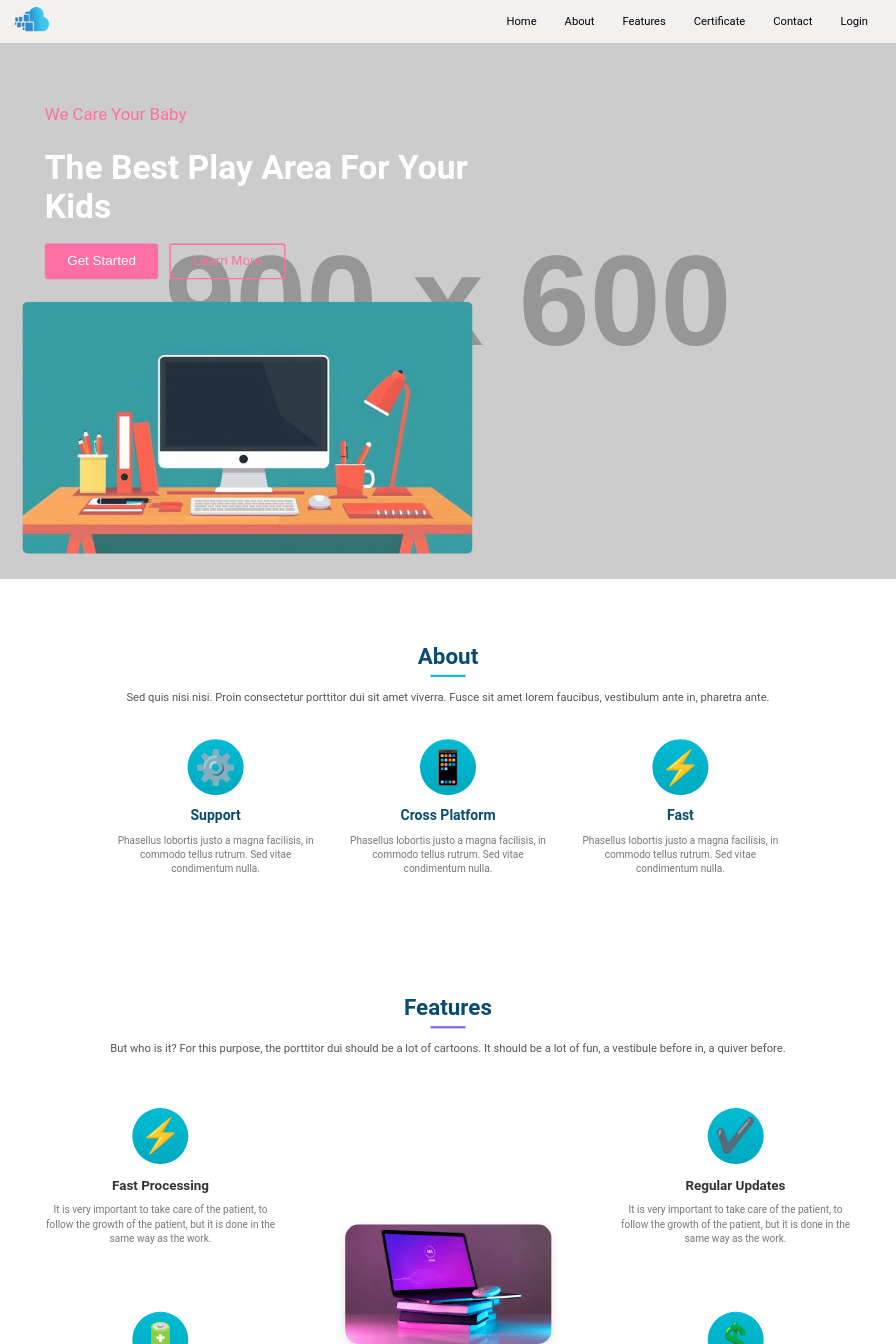
Repository: gautamsonam011/Institute
Page: /
An editor plug-in stored every save of this project. The page is shown before and after the next save, followed by the edit.
The browser window is 1280 px wide. The pictures show the part of the page from y = 0 to 1920 px (the page is 3701 px tall before and 3517 px after), at 70% of full size.
The project was rebuilt for these pictures with package versions that can differ from the ones it lists, and the page was loaded fresh each time. Also part of the build but not shown: vite.config.js, src/Header.jsx, src/Sidebar.jsx, src/Home.jsx, src/students/Addstudent.jsx, src/students/allstudent.css, src/students/Allstudents.jsx, src/Fee management/feehead.css and 9 more.

Above is the page before, as saved 2024-11-28 10:40:29.

### src/components/Last.jsx
import React from 'react'
import Navbar from './Navbar';
import Main from './Main';
import About from './About';
import Features from './Features';
import Team from './Team';
import Contact from './Contact'
import Footer from './Footer';

const Last = () => {
  return (
    <div>
      <Navbar/>
      <Main/>
      <About/>
      <Features/>
      <Team/>
      <Contact/>
      <Footer/>
    </div>
  )
}

export default Last

### src/students/addstudent.css
.form-container {
    width: 96%;
    margin: auto;
    padding: 20px;
    border: 1px solid #ccc;
    border-radius: 10px;
    background-color: #e0f7fa;
    box-shadow: 0 4px 10px rgba(0, 0, 0, 0.1);
  }

  h2 {
    color: #047d8d;
    text-align: center;
    margin-bottom: 20px;
    font-size: 1.5rem;
  }

  .form-group {
    margin-bottom: 20px;
  }

  label {
    display: block;
    font-weight: bold;
    color: #047d8d;
    margin-bottom: 5px;
  }

  input, select, textarea {
    width: 98%;
    padding: 12px;
    margin-top: 5px;
    border: 1px solid #b0bec5;
    border-radius: 4px;
    font-size: 1rem;
    transition: border-color 0.3s;
  }

  input:focus, select:focus, textarea:focus {
    border-color: #047d8d;
    outline: none;
  }

  button {
    padding: 10px 20px;
    background-color: #047d8d;
    color: white;
    border: none;
    cursor: pointer;
    font-size: 16px;
  }

  button:active {
    background-color: #64bdc9;;
  }

### src/components/Main.jsx
import React from "react";
import "./main.css";
import maingbg2 from '../assets/mainbg2.jpg'

const HeroSection = () => {
  return (
    <div className="hero-section">
      <div className="hero-content">
        <p className="subtitle">We Care Your Baby</p>
        <h1 className="title">The Best Play Area For Your Kids</h1>
        <div className="hero-buttons">
          <button className="btn btn-pink">Get Started</button>
          <button className="btn btn-outline">Learn More</button>
        </div>
      </div>
      <div className="hero-image">
        <img
          src={maingbg2} /* Replace with your actual image URL */
          alt="Kids playing"
        />
      </div>
    </div>
  );
};

export default HeroSection;

### src/components/About.jsx
import React from "react";
import "./about.css";

const About = () => {
  return (
    <section className="about-section" id="about">
      <div className="about-container">
        <h2 className="about-title">About</h2>
        <hr className="about-divider" />
        <p className="about-description">
          Sed quis nisi nisi. Proin consectetur porttitor dui sit amet viverra.
          Fusce sit amet lorem faucibus, vestibulum ante in, pharetra ante.
        </p>
        <div className="about-features">
          <div className="feature">
            <div className="feature-icon support-icon"></div>
            <h3>Support</h3>
            <p>
              Phasellus lobortis justo a magna facilisis, in commodo tellus
              rutrum. Sed vitae condimentum nulla.
            </p>
          </div>
          <div className="feature">
            <div className="feature-icon cross-platform-icon"></div>
            <h3>Cross Platform</h3>
            <p>
              Phasellus lobortis justo a magna facilisis, in commodo tellus
              rutrum. Sed vitae condimentum nulla.
            </p>
          </div>
          <div className="feature">
            <div className="feature-icon fast-icon"></div>
            <h3>Fast</h3>
            <p>
              Phasellus lobortis justo a magna facilisis, in commodo tellus
              rutrum. Sed vitae condimentum nulla.
            </p>
          </div>
        </div>
      </div>
    </section>
  );
};

export default About;

### src/components/Team.jsx
import React from "react";
import "./team.css";
import user1 from '../assets/user1.jpg';
import user2 from '../assets/user2.jpg';
import user3 from '../assets/user3.jpg'

const OurTeam = () => {
  const teamMembers = [
    {
      name: "Jane Doe",
      image: user1, // Replace with the correct image path
      title: "Web Developer",
    },
    {
      name: "John Smith",
      image: user2, // Replace with the correct image path
      title: "UI/UX Designer",
    },
    {
      name: "Mike Johnson",
      image: user3, // Replace with the correct image path
      title: "Project Manager",
    },
  ];

  return (
    <section className="our-team">
      <div className="container">
        <h2 className="team-heading">Our Team</h2>
        <p className="team-description">
          Sed quis nisi nisi. Proin consectetur porttitor dui sit amet viverra. Fusce sit amet lorem faucibus, vestibulum ante in, pharetra ante.
        </p>
        <div className="team-members">
          {teamMembers.map((member, index) => (
            <div key={index} className="team-member">
              <img
                src={member.image}
                alt={member.name}
                className="team-member-img"
              />
              <h3 className="member-name">{member.name}</h3>
              <p className="member-title">{member.title}</p>
            </div>
          ))}
        </div>
      </div>
    </section>
  );
};

export default OurTeam;

### src/components/Contact.jsx
import React from "react";
import "./contact.css";

const ContactUs = () => {
  return (
    <section className="contact-us" id="contact">
      <div className="container">
        <h2 className="contact-heading">Contact us</h2>
        <p className="contact-description">
          Sed quis nisi nisi. Proin consectetur porttitor dui sit amet viverra. Fusce sit amet lorem faucibus, vestibulum ante in, pharetra ante.
        </p>
        <div className="contact-content">
          {/* Left: Contact Form */}
          <form className="contact-form">
            <div className="form-row">
              <input
                type="text"
                placeholder="Full Name"
                className="form-input"
              />
              <input type="email" placeholder="Email" className="form-input" />
            </div>
            <div className="form-row">
              <input type="text" placeholder="Subject" className="form-input" />
            </div>
            <div className="form-row">
              <textarea
                placeholder="Message"
                className="form-textarea"
              ></textarea>
            </div>
            <button type="submit" className="form-submit">
              SUBMIT
            </button>
          </form>
          {/* Right: Contact Info */}
          <div className="contact-info">
            <div className="info-box">
              <p>
                <strong>ADDRESS</strong>
                <br />
                New Delhi, India
              </p>
            </div>
            <div className="info-box">
              <p>
                <strong>PHONE</strong>
                <br />
                009900990099
              </p>
            </div>
            <div className="info-box">
              <p>
                <strong>E-MAIL</strong>
                <br />
                yogeshsingh.now@gmail.com
              </p>
            </div>
            <div className="info-box">
              <p>
                <strong>WORKING HOURS</strong>
                <br />
                Mon-Fri 9.00 AM to 5.00 PM
              </p>
            </div>
          </div>
        </div>
      </div>
    </section>
  );
};

export default ContactUs;

### src/components/Footer.jsx
import React from "react";
import "./footer.css";

const Footer = () => {
  return (
    <footer className="footer">
      <div className="container">
        <div className="footer-content">
          {/* About Section */}
          <div className="footer-section">
            <h3>About Us</h3>
            <p>
              We provide excellent training services and certifications. Our goal is to help you grow professionally and achieve your career goals.
            </p>
          </div>
          {/* Quick Links */}
          <div className="footer-section">
            <h3>Quick Links</h3>
            <ul className="footer-links">
              <li><a href="#home">Home</a></li>
              <li><a href="#about">About</a></li>
              <li><a href="#features">Features</a></li>
              <li><a href="#contact">Contact</a></li>
            </ul>
          </div>
          {/* Contact Info */}
          <div className="footer-section">
            <h3>Contact Us</h3>
            <p>New Delhi, India</p>
            <p>Phone: 009900990099</p>
            <p>Email: info@example.com</p>
          </div>
        </div>
        {/* Social Media */}
        <div className="footer-social">
          <a href="#" className="social-icon">
            <i className="fab fa-facebook-f"></i>
          </a>
          <a href="#" className="social-icon">
            <i className="fab fa-twitter"></i>
          </a>
          <a href="#" className="social-icon">
            <i className="fab fa-instagram"></i>
          </a>
          <a href="#" className="social-icon">
            <i className="fab fa-linkedin-in"></i>
          </a>
        </div>
        {/* Footer Bottom */}
        <div className="footer-bottom">
          <p>© 2024 Your Company. All Rights Reserved.</p>
        </div>
      </div>
    </footer>
  );
};

export default Footer;

### src/components/navbar.css
/* Navbar styles */
.navbar {
  display: flex;
  justify-content: space-between;
  align-items: center;
  padding: 10px 20px;
  background-color: #f3f0f0;
}

.navbar .logo img {
  width: 50px;
}

.navbar .nav-links {
  display: flex;
  gap: 20px;
}

.navbar .nav-links ul {
  list-style: none;
  margin: 0;
  padding: 0;
  display: flex;
}

.navbar .nav-links li a {
  color: rgb(2, 2, 2);
  text-decoration: none;
  padding: 10px 20px;
}

.navbar .hamburger {
  display: none;
  cursor: pointer;
}

.navbar .hamburger .bar {
  width: 25px;
  height: 4px;
  background-color: rgb(14, 13, 13);
  margin: 5px;
  transition: all 0.3s;
}

/* Show the hamburger icon on small screens */
@media (max-width: 768px) {
  .navbar .nav-links {
    display: none;
    width: 100%;
    flex-direction: column;
    align-items: center;
    position: absolute;
    top: 60px;
    left: 0;
    background-color: #333;
    z-index: 100;
  }

  .navbar .nav-links.active {
    display: flex;
  }

  .navbar .hamburger {
    display: block;
  }

  .navbar .hamburger.active .bar:nth-child(1) {
    transform: rotate(45deg);
    position: relative;
    top: 9px;
  }

  .navbar .hamburger.active .bar:nth-child(2) {
    opacity: 0;
  }

  .navbar .hamburger.active .bar:nth-child(3) {
    transform: rotate(-45deg);
    position: relative;
    top: -9px;
  }
}

### src/components/main.css
/* Hero Section Styling */
.hero-section {
  display: flex;
  align-items: center;
  justify-content: space-between;
  padding: 2rem;
  background-color: #fefefe;
  background-image: url("https://via.placeholder.com/900x600"); /* Replace with actual background */
  background-size: cover;
  background-position: center;
  color: white;
  flex-wrap: wrap; /* Makes layout responsive */
}

.hero-content {
  max-width: 50%;
  margin: 2rem;
}

.subtitle {
  font-size: 1.5rem;
  font-weight: 400;
  color: #ff6fa3;
  margin-bottom: 1rem;
}

.title {
  font-size: 3rem;
  font-weight: 700;
  margin-bottom: 1.5rem;
}

.hero-buttons {
  display: flex;
  gap: 1rem;
}

.btn {
  font-size: 1.2rem;
  padding: 0.8rem 2rem;
  border: none;
  border-radius: 4px;
  cursor: pointer;
}

.btn-pink {
  background-color: #ff6fa3;
  color: white;
}

.btn-outline {
  background-color: transparent;
  color: #ff6fa3;
  border: 2px solid #ff6fa3;
}

.hero-image img {
  max-width: 100%;
  height: auto;
  border-radius: 8px;
}

/* Responsive Design */
@media (max-width: 768px) {
  .hero-section {
    flex-direction: column;
    text-align: center;
    padding: 1.5rem;
  }

  .hero-content {
    max-width: 100%;
    margin: 0;
    margin-bottom: 2rem;
  }

  .hero-buttons {
    justify-content: center;
  }
}

### src/components/about.css
.about-section {
    padding: 4rem 2rem;
    text-align: center;
    background-color: white;
  }

  .about-container {
    max-width: 1200px;
    margin: 0 auto;
  }

  .about-title {
    font-size: 2rem;
    color: #0a4c70;
    font-weight: bold;
    margin-bottom: 0.5rem;
  }

  .about-divider {
    width: 50px;
    height: 3px;
    background-color: #00bcd4;
    border: none;
    margin: 0.5rem auto;
  }

  .about-description {
    font-size: 1rem;
    color: #555;
    margin: 1rem 0 3rem;
    line-height: 1.6;
  }

  .about-features {
    display: flex;
    justify-content: center;
    gap: 2rem;
    flex-wrap: wrap;
  }

  .feature {
    text-align: center;
    max-width: 300px;
  }

  .feature-icon {
    width: 80px;
    height: 80px;
    margin: 0 auto 1rem;
    border-radius: 50%;
    background: linear-gradient(to bottom, #00bcd4, #00a9c0);
    display: flex;
    justify-content: center;
    align-items: center;
    font-size: 2rem;
    color: white;
    transition: transform 0.3s ease, background-color 0.3s ease;
  }

  .feature-icon:hover {
    transform: scale(1.2); /* Enlarges the icon on hover */
    background: linear-gradient(to bottom, #00a9c0, #00bcd4); /* Reverses the gradient */
    cursor: pointer;
  }

  .support-icon::before {
    content: "⚙️"; /* Replace with an actual image or icon if desired */
  }

  .cross-platform-icon::before {
    content: "📱"; /* Replace with an actual image or icon if desired */
  }

  .fast-icon::before {
    content: "⚡"; /* Replace with an actual image or icon if desired */
  }

  .feature h3 {
    font-size: 1.25rem;
    color: #0a4c70;
    margin: 0.5rem 0;
  }

  .feature p {
    font-size: 0.9rem;
    color: #777;
    line-height: 1.4;
  }

### src/components/features.css
.features-section {
    padding: 4rem 2rem;
    text-align: center;
    background-color: white;
  }

  .features-container {
    max-width: 1200px;
    margin: 0 auto;
  }

  .features-title {
    font-size: 2rem;
    color: #0a4c70;
    font-weight: bold;
    margin-bottom: 0.5rem;
  }

  .features-divider {
    width: 50px;
    height: 3px;
    background-color: #6c63ff;
    margin: 0.5rem auto 1rem;
  }

  .features-description {
    font-size: 1rem;
    color: #555;
    margin-bottom: 3rem;
    line-height: 1.6;
  }

  .features-content {
    display: flex;
    align-items: center;
    justify-content: space-between;
    gap: 2rem;
  }

  .features-column {
    display: flex;
    flex-direction: column;
    gap: 2rem;
    flex: 1;
  }

  .feature-card {
    text-align: center;
    padding: 1.5rem;
    /* border: 1px solid #ddd; */
    /* border-radius: 10px;
    background: #f9f9f9; */
    transition: transform 0.3s ease, box-shadow 0.3s ease;
  }

  .feature-card:hover {
    transform: translateY(-10px);
    box-shadow: 0 8px 20px rgba(0, 0, 0, 0.15);
  }

  .feature-icon {
    font-size: 3rem;
    color: #6c63ff;
    margin-bottom: 1rem;
  }

  .feature-title {
    font-size: 1.2rem;
    color: #333;
    font-weight: bold;
    margin-bottom: 0.5rem;
  }

  .feature-description {
    font-size: 0.9rem;
    color: #777;
    line-height: 1.4;
  }

  .features-image {
    flex: 1;
    display: flex;
    justify-content: center;
    align-items: center;
  }

  .features-image img {
    max-width: 100%;
    height: auto;
    border-radius: 20px;
    box-shadow: 0 4px 15px rgba(0, 0, 0, 0.1);
  }

### src/components/team.css
.our-team {
    text-align: center;
    padding: 50px 20px;
    background-color: #f9f9f9;
  }

  .team-heading {
    font-size: 2rem;
    color: #0a4c70;
    font-weight: bold;
    margin-bottom: 20px;
  }

  .team-description {
    color: #555;
    font-size: 1rem;
    margin-bottom: 40px;
  }

  .team-members {
    display: flex;
    justify-content: center;
    gap: 60px; /* Increased gap between images */
    flex-wrap: wrap;
  }

  .team-member {
    max-width: 250px; /* Allows for a larger size */
    text-align: center;
  }

  .team-member-img {
    width: 150px; /* Larger circle size */
    height: 150px; /* Match width for a perfect circle */
    border-radius: 50%;
    object-fit: cover;
    margin-bottom: 15px;
    border: 3px solid #ddd; /* Optional: Add a border for better appearance */
  }

  .member-name {
    font-size: 1rem;
    font-weight: bold;
    color: #333;
    margin-top: 10px;
  }

  .member-title {
    font-size: 0.9rem;
    color: #777;
  }

### src/components/contact.css
.contact-us {
    text-align: center;
    padding: 70px 40px;
    background-color: #f9f9f9;
  }

  .contact-heading {
    font-size: 2rem;
    color: #0a4c70;
    font-weight: bold;
    margin-bottom: 10px;
  }

  .contact-description {
    color: #555;
    font-size: 1rem;
    margin-bottom: 40px;
  }

  .contact-content {
    display: flex;
    justify-content: space-between;
    gap: 20px;
    flex-wrap: wrap;
    max-width: 1200px; /* Restrict max width */
    margin: 0 auto; /* Center content horizontally */
  }

  .contact-form {
    flex: 1;
    max-width: 60%;
  }

  .contact-info {
    flex: 1;
    max-width: 30%;
    background: #e0f7fa;
    padding: 20px;
    border-radius: 10px;
  }

  .form-row {
    display: flex;
    gap: 10px;
    margin-bottom: 15px;
  }

  .form-input {
    width: 100%;
    padding: 10px;
    border: 1px solid #ddd;
    border-radius: 25px;
  }

  .form-textarea {
    width: 100%;
    padding: 10px;
    height: 100px;
    border: 1px solid #ddd;
    border-radius: 5px;
  }

  .form-submit {
    width: 100%;
    padding: 10px;
    background: #0a4c70;
    color: white;
    border: none;
    border-radius: 5px;
    cursor: pointer;
    font-weight: bold;
  }

  .info-box {
    text-align: left;
    margin-bottom: 15px;
  }

  .info-box p {
    margin: 0;
    color: #333;
  }

  .info-box strong {
    display: block;
    margin-bottom: 5px;
    color: #0a4c70;
  }

### src/components/footer.css
.footer {
    background-color: #0a4c70;
    color: white;
    padding: 40px 20px;
    text-align: center;
  }

  .container {
    max-width: 1200px;
    margin: 0 auto;
  }

  .footer-content {
    display: flex;
    justify-content: space-between;
    flex-wrap: wrap;
    margin-bottom: 20px;
  }

  .footer-section {
    flex: 1;
    min-width: 200px;
    margin: 10px;
  }

  .footer-section h3 {
    font-size: 1.2rem;
    margin-bottom: 10px;
    color: #e0f7fa;
  }

  .footer-section p,
  .footer-section a {
    font-size: 0.9rem;
    color: white;
    line-height: 1.6;
  }

  .footer-section a {
    text-decoration: none;
    color: #e0f7fa;
  }

  .footer-section a:hover {
    text-decoration: underline;
  }

  .footer-links {
    list-style: none;
    padding: 0;
  }

  .footer-links li {
    margin-bottom: 8px;
  }

  .footer-links a {
    color: white;
    text-decoration: none;
  }

  .footer-links a:hover {
    text-decoration: underline;
  }

  .footer-social {
    margin: 20px 0;
  }

  .social-icon {
    margin: 0 10px;
    font-size: 1.2rem;
    color: white;
    text-decoration: none;
  }

  .social-icon:hover {
    color: #e0f7fa;
  }

  .footer-bottom {
    border-top: 1px solid #e0f7fa;
    padding-top: 10px;
    font-size: 0.8rem;
    color: #e0f7fa;
  }

Loaded but not shown: index.html (common file); src/main.jsx (common file); src/App.css (268 lines, source omitted); src/components/Navbar.jsx (119 lines, source omitted); src/App.jsx (72 lines, source omitted); src/components/Features.jsx (77 lines, source omitted)

After the next save:
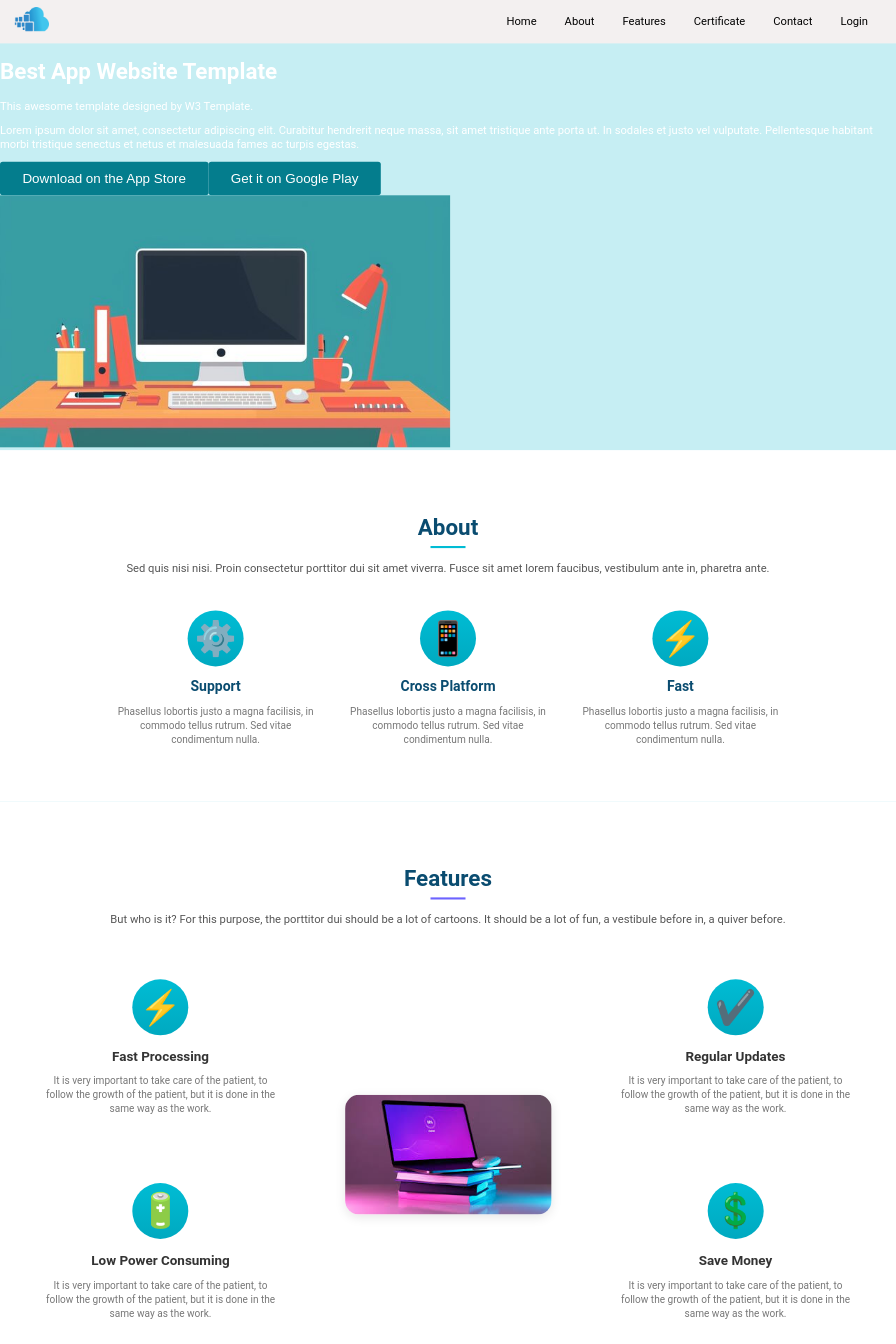
Saved 73 s later.
--- a/src/components/Main.jsx
+++ b/src/components/Main.jsx
@@ -1,26 +1,28 @@
 import React from "react";
 import "./main.css";
-import maingbg2 from '../assets/mainbg2.jpg'
+import mainbg2 from '../assets/mainbg2.jpg'
 
-const HeroSection = () => {
+const AppSection = () => {
   return (
-    <div className="hero-section">
-      <div className="hero-content">
-        <p className="subtitle">We Care Your Baby</p>
-        <h1 className="title">The Best Play Area For Your Kids</h1>
-        <div className="hero-buttons">
-          <button className="btn btn-pink">Get Started</button>
-          <button className="btn btn-outline">Learn More</button>
+    <div className="app-section">
+      <div className="content">
+        <h1>Best App Website Template</h1>
+        <p>
+          This awesome template designed by W3 Template.
+        </p>
+        <p>
+          Lorem ipsum dolor sit amet, consectetur adipiscing elit. Curabitur hendrerit neque massa, sit amet tristique ante porta ut. In sodales et justo vel vulputate. Pellentesque habitant morbi tristique senectus et netus et malesuada fames ac turpis egestas.
+        </p>
+        <div className="buttons">
+          <button className="btn btn-black">Download on the App Store</button>
+          <button className="btn btn-blue">Get it on Google Play</button>
         </div>
       </div>
-      <div className="hero-image">
-        <img
-          src={maingbg2} /* Replace with your actual image URL */
-          alt="Kids playing"
-        />
+      <div className="image">
+        <img src={mainbg2} alt="App Illustration" />
       </div>
     </div>
   );
 };
 
-export default HeroSection;
+export default AppSection;
